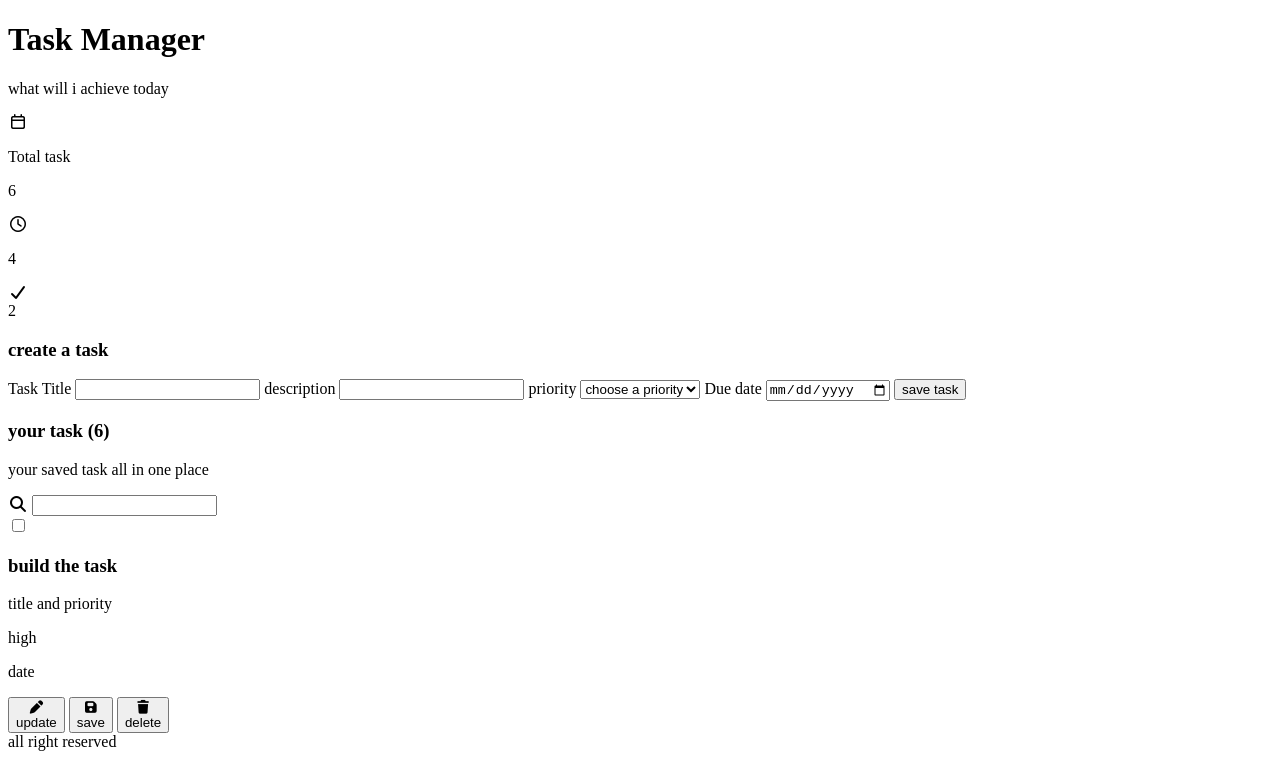
Repository: XDENTERTAINMENT/task-manager-groupwork
Page: index.html
The author's editor kept a copy of each file at every save. The page is drawn from the files as they stood at one save, then again after the next save.
The browser window is 1280 px wide. The pictures show the whole page.

Above is the page before, as saved 2026-10-23 22:13:49.

After the next save:
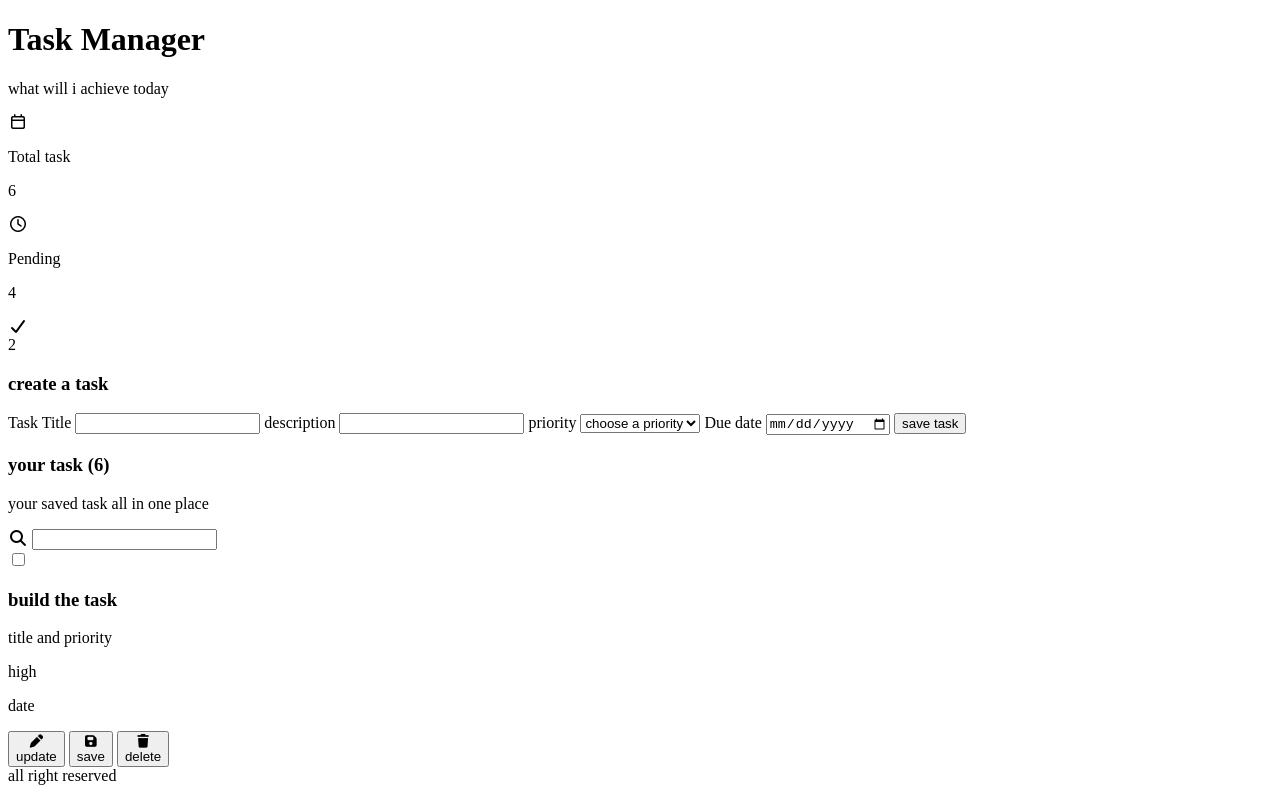
Saved 12 s later.
--- a/index.html
+++ b/index.html
@@ -27,7 +27,7 @@
         <div>
             <div> <i class="fa-regular fa-clock"></i></div>
             <div>
-                <p></p>
+                <p> Pending</p>
                <p id="pending-task">4</p>
 
             </div>
